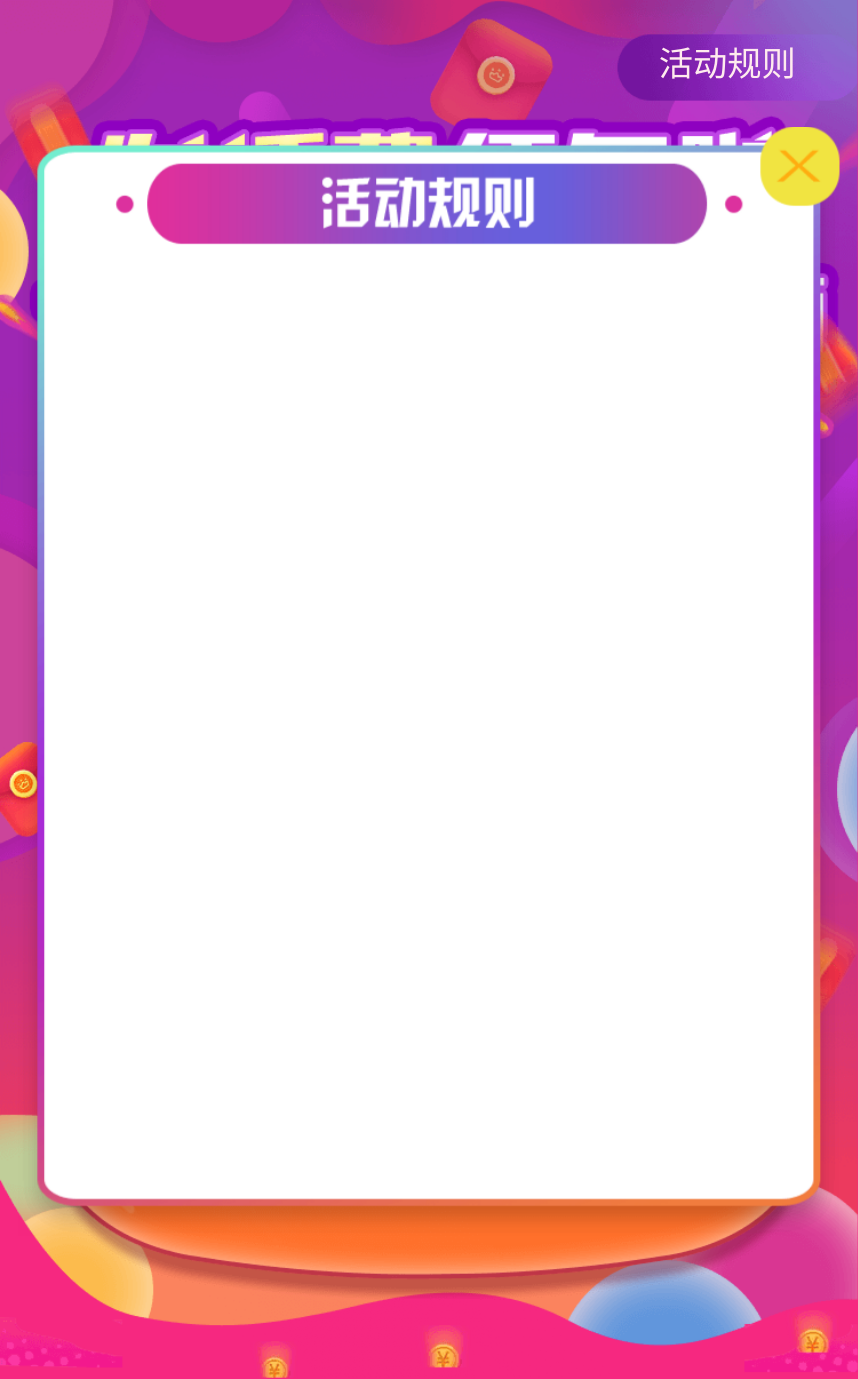
Repository: wangbiaozy/hb
Page: index.html
An editor plug-in stored every save of this project. The page is shown before and after the next save, followed by the edit.
The browser window is 1280 px wide. The pictures show the whole page, at 67% of full size.

Above is the page before, as saved 2018-08-15 10:08:10.

### index.html
<!DOCTYPE html>
<html lang="en">
<head>
    <meta charset="UTF-8">
    <meta name="viewport" content="width=device-width, initial-scale=1.0, maximum-scale=1.0, minimum-scale=1.0, user-scalable=no, viewport-fit=cover">
    <meta http-equiv="X-UA-Compatible" content="ie=edge">
    <title>Document</title>
    <link rel="stylesheet" href="css/reset.min.css">
    <link rel="stylesheet/less" href="css/styles.less">
    <script src="js/less-1.7.0.min.js"></script>
</head>
<body>
    <section class="main">
        <a href="">活动规则</a>
        <!-- 首页 -->
        <div class="f_page">
                <p>已经有<span>xxxx</span>人拿到10元话费</p>
                <a id="cj" href="javascript:void(0)"></a>
                <a href="">赚钱攻略在此>></a>
        </div>
        <!-- 获得话费红包页 -->
        <div class="result">
            <p><span id="moneyText"></span>元</p>
            <a href="javascript:void(0)"></a>
        </div>


    </section>

    <!-- 活动规则弹窗 -->
    <section class="rule">
        <a href="javascript:void(0)"></a>
        <ul>
            <li></li>
        </ul>
        <a href="javascript:void(0)"></a>
    </section>
</body>
</html>
<script src="js/jquery-1.10.1.min.js"></script>
<script src="js/index.js"></script>

### css/reset.min.css
@charset "utf-8";
/*默认样式清除和初始化*/
body,h1,h2,h3,h4,h5,h6,hr,p,blockquote,dl,dt,dd,ul,ol,li,button,input,textarea,th,td{margin:0;padding:0}body{font-size:12px;font-style:normal;font-family:"\5FAE\8F6F\96C5\9ED1",Helvetica,sans-serif}small{font-size:12px}h1{font-size:18px}h2{font-size:16px}h3{font-size:14px}h4,h5,h6{font-size:100%}ul,ol{list-style:none}a{text-decoration:none;background-color:transparent}a:hover,a:active{outline-width:0;text-decoration:none}table{border-collapse:collapse;border-spacing:0}hr{border:0;height:1px}img{border-style:none}img:not([src]){display:none}svg:not(:root){overflow:hidden}html{-webkit-touch-callout:none;-webkit-text-size-adjust:100%}input,textarea,button,a{-webkit-tap-highlight-color:rgba(0,0,0,0)}article,aside,details,figcaption,figure,footer,header,main,menu,nav,section,summary{display:block}audio,canvas,progress,video{display:inline-block}audio:not([controls]),video:not([controls]){display:none;height:0}progress{vertical-align:baseline}mark{background-color:#ff0;color:#000}sub,sup{position:relative;font-size:75%;line-height:0;vertical-align:baseline}sub{bottom:-0.25em}sup{top:-0.5em}button,input,select,textarea{font-size:100%;outline:0}button,input{overflow:visible}button,select{text-transform:none}textarea{overflow:auto}button,html [type="button"],[type="reset"],[type="submit"]{-webkit-appearance:button}button::-moz-focus-inner,[type="button"]::-moz-focus-inner,[type="reset"]::-moz-focus-inner,[type="submit"]::-moz-focus-inner{border-style:none;padding:0}button:-moz-focusring,[type="button"]:-moz-focusring,[type="reset"]:-moz-focusring,[type="submit"]:-moz-focusring{outline:1px dotted ButtonText}[type="checkbox"],[type="radio"]{box-sizing:border-box;padding:0}[type="number"]::-webkit-inner-spin-button,[type="number"]::-webkit-outer-spin-button{height:auto}[type="search"]{-webkit-appearance:textfield;outline-offset:-2px}[type="search"]::-webkit-search-cancel-button,[type="search"]::-webkit-search-decoration{-webkit-appearance:none}::-webkit-input-placeholder{color:inherit;opacity:.54}::-webkit-file-upload-button{-webkit-appearance:button;font:inherit}.clear:after{display:block;height:0;content:"";clear:both}
*{ -webkit-tap-highlight-color: rgba(0,0,0,0);-webkit-tap-highlight-color: transparent; /* For some Androids */ }

### js/index.js
(function (doc, win) {
    var docEl = doc.documentElement,
        resizeEvt = 'orientationchange' in window ? 'orientationchange' : 'resize',
        recalc = function () {
            var clientWidth = docEl.clientWidth;
            if (!clientWidth) return;
            docEl.style.fontSize = 100 * (clientWidth / 750) + 'px';
        };
    if (!doc.addEventListener) return;
    win.addEventListener(resizeEvt, recalc, false);
    doc.addEventListener('DOMContentLoaded', recalc, false);
})(document, window);
$(function () {

    //显示首页背景
    function showFirstPageBg(){
        $('.main').removeClass('result');
    }
    //显示中奖页背景
    function showResultPageBg(){
        $('.main').addClass('result');
    }

    //首页抽红包按钮
    $('#cj').on('click',function(){
        //奖品金额随机数
        var num = (Math.random()*9+1).toFixed(2);
        $('#moneyText').text(num);
        $('.result').show();
        $('.f_page').hide();
        showResultPageBg();
    });

    //显示弹窗
    function showModel(){
        $('.model').show();
        showMask();
    }

    //关闭弹窗
    $('.close').on('click',function(){
        $(this).parent().parent().hide();
        hideMask();
    });
    //显示遮罩层
    function showMask(){
        $("#mask").css("height",$(document).height());
        $("#mask").css("width",$(document).width());
        $("#mask").show();
        $('body').css('position','fixed');
    }
    //隐藏遮罩层
    function hideMask(){
        $("#mask").hide();
        $('body').css('position','unset');
    }
});

Loaded but not shown: js/less-1.7.0.min.js (library); js/jquery-1.10.1.min.js (library)

After the next save:
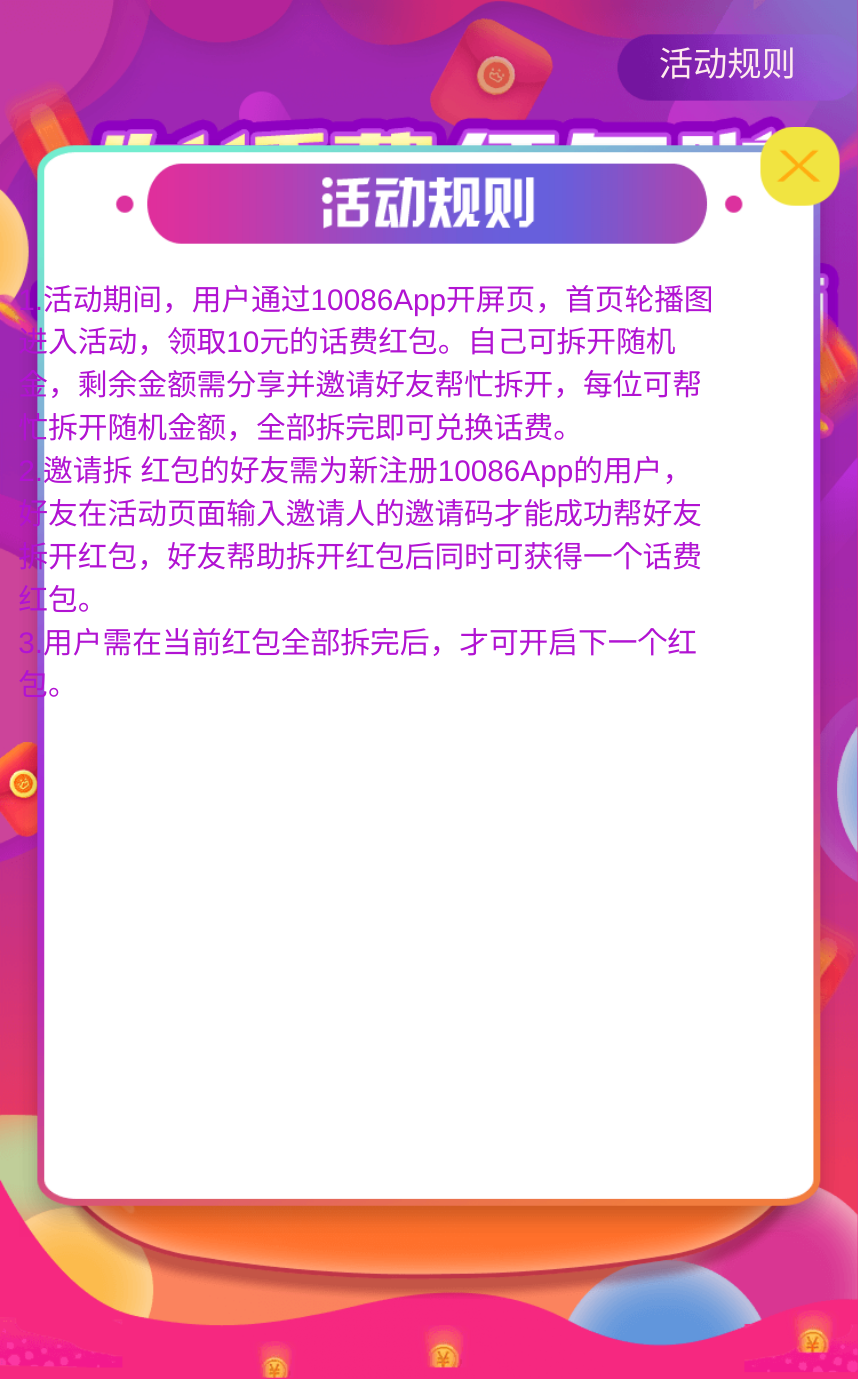
Saved 54 s later.
--- a/index.html
+++ b/index.html
@@ -31,7 +31,9 @@
     <section class="rule">
         <a href="javascript:void(0)"></a>
         <ul>
-            <li></li>
+            <li>1.活动期间，用户通过10086App开屏页，首页轮播图进入活动，领取10元的话费红包。自己可拆开随机金，剩余金额需分享并邀请好友帮忙拆开，每位可帮忙拆开随机金额，全部拆完即可兑换话费。</li>
+            <li>2.邀请拆  红包的好友需为新注册10086App的用户，好友在活动页面输入邀请人的邀请码才能成功帮好友拆开红包，好友帮助拆开红包后同时可获得一个话费红包。</li>
+            <li>3.用户需在当前红包全部拆完后，才可开启下一个红包。</li>
         </ul>
         <a href="javascript:void(0)"></a>
     </section>
